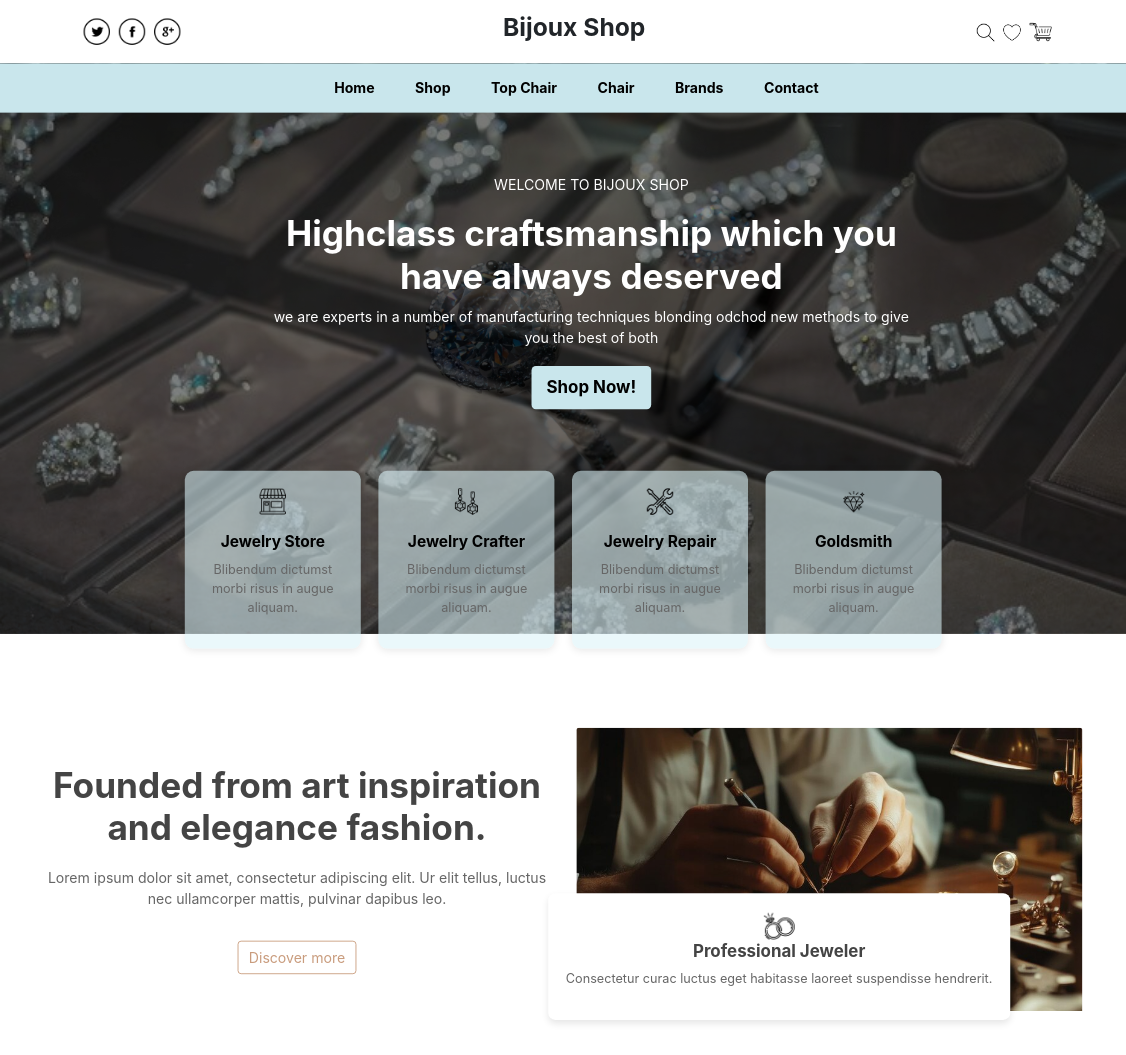
Repository: Manar-Bouallaga/bijoux-frontend-project
Page: /
The author's editor kept a copy of each file at every save. The page is drawn from the files as they stood at one save, then again after the next save.
The browser window is 1280 px wide. The pictures show the whole page, at 88% of full size.
The project was rebuilt for these pictures with package versions that can differ from the ones it lists, and the page was loaded fresh each time.

Above is the page before, as saved 2024-10-14 16:12:41.

After the next save:
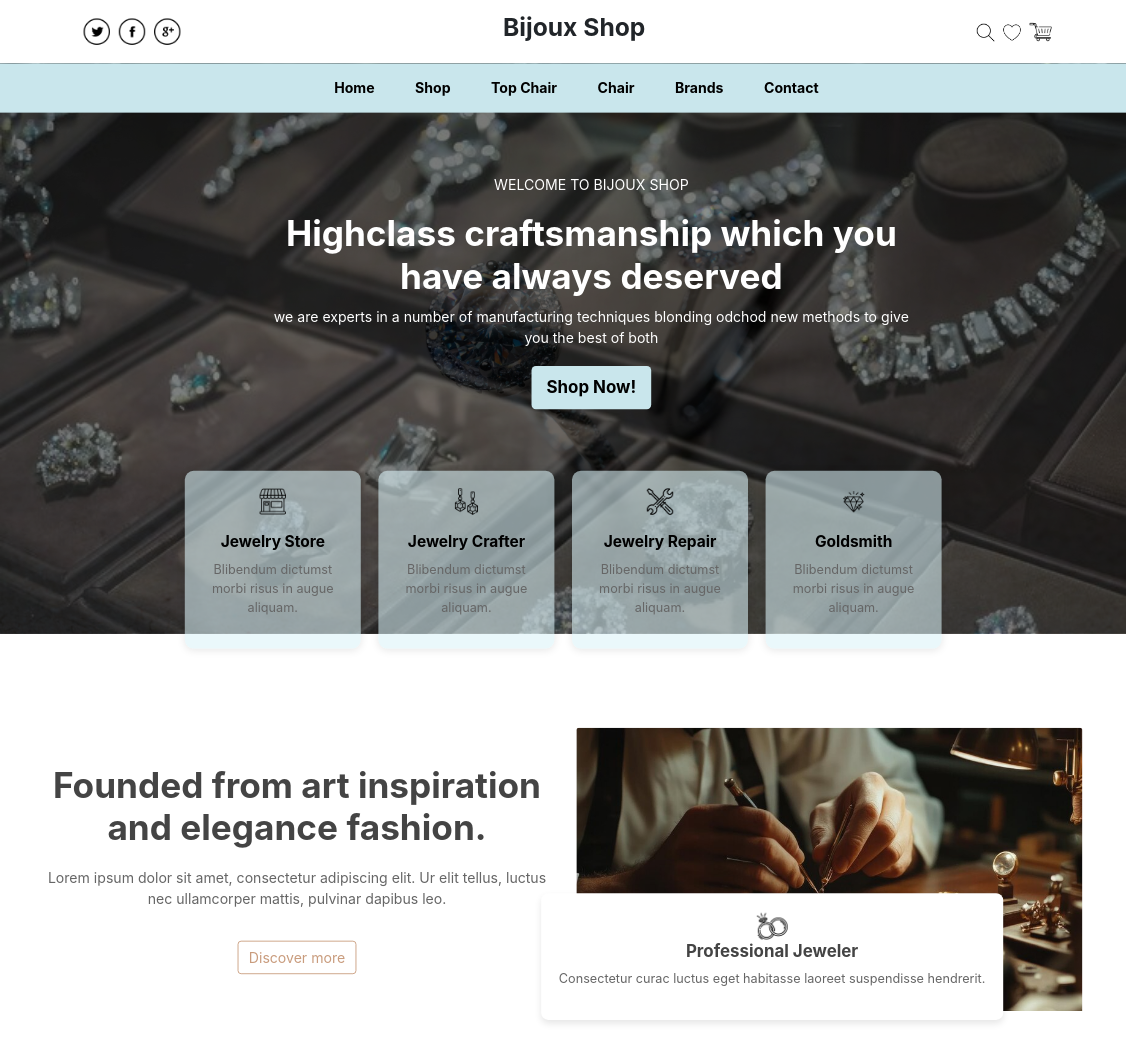
Saved 10 s later.
--- a/src/accueil/accueil.css
+++ b/src/accueil/accueil.css
@@ -233,7 +233,7 @@
   .card-overlay {
     position: absolute;
     bottom: -10px;
-    left: -32px;
+    left: -40px;
     background-color: #fff;
     padding: 20px;
     box-shadow: 0 4px 8px rgba(0, 0, 0, 0.1);
